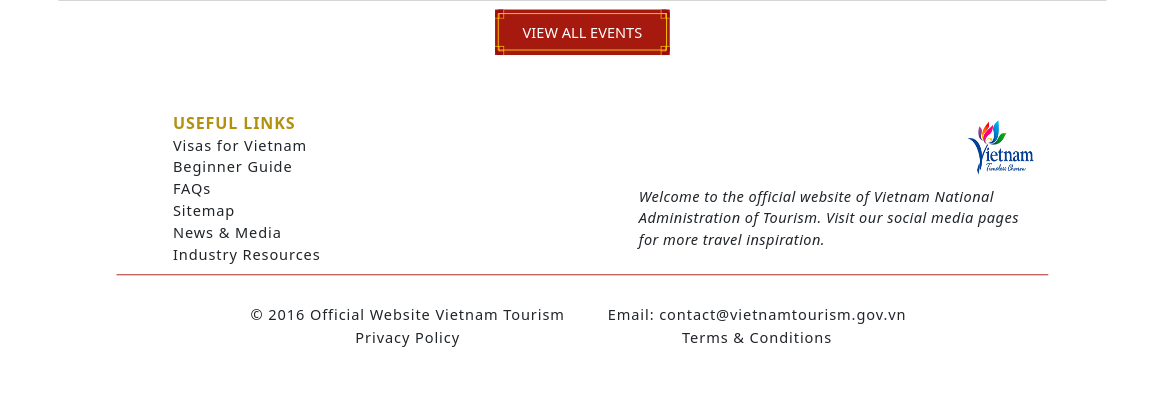
Repository: nguoilaisaochoi/TRAVEL-DEMO
Page: index.html
The author's editor kept a copy of each file at every save. The page is drawn from the files as they stood at one save, then again after the next save.
The browser window is 1280 px wide. The pictures show the part of the page from y = 2162 to 3277 px (the page is 2596 px tall before and 3277 px after), at 91% of full size.
A picture or video elsewhere on the page could not be fetched, so the positions and the page height are approximate.

Above is the page before, as saved 2023-03-27 18:32:29.

After the next save:
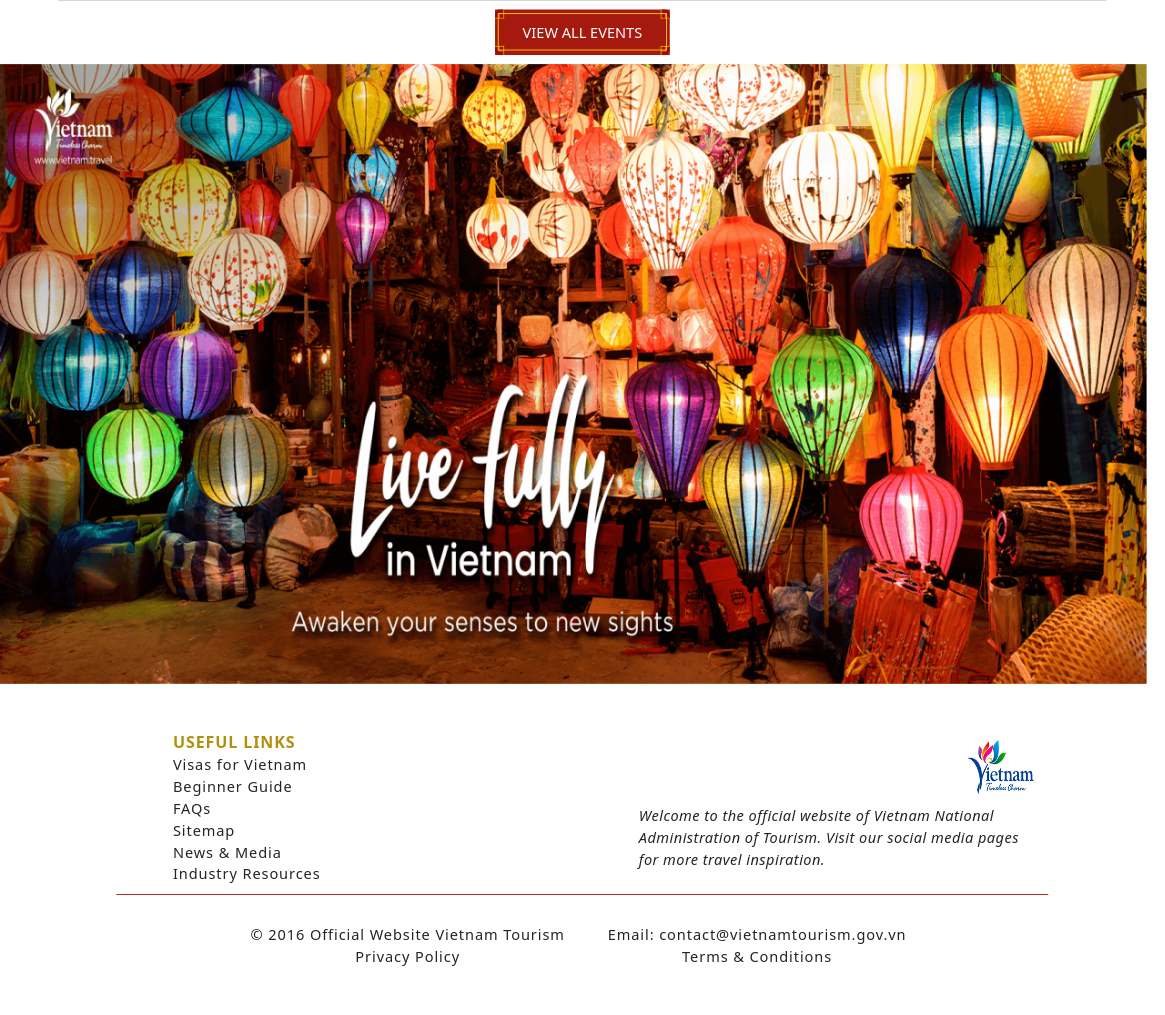
Saved 6 min 1 s later.
--- a/index.html
+++ b/index.html
@@ -150,6 +150,7 @@
         </div>
       </div>
     </div>
+    <img src="./img_vd/VNAT Cover 2.png" alt="" />
     <!--FOOTER-->
     <div id="footer">
       <div id="ctfooter" class="row">
